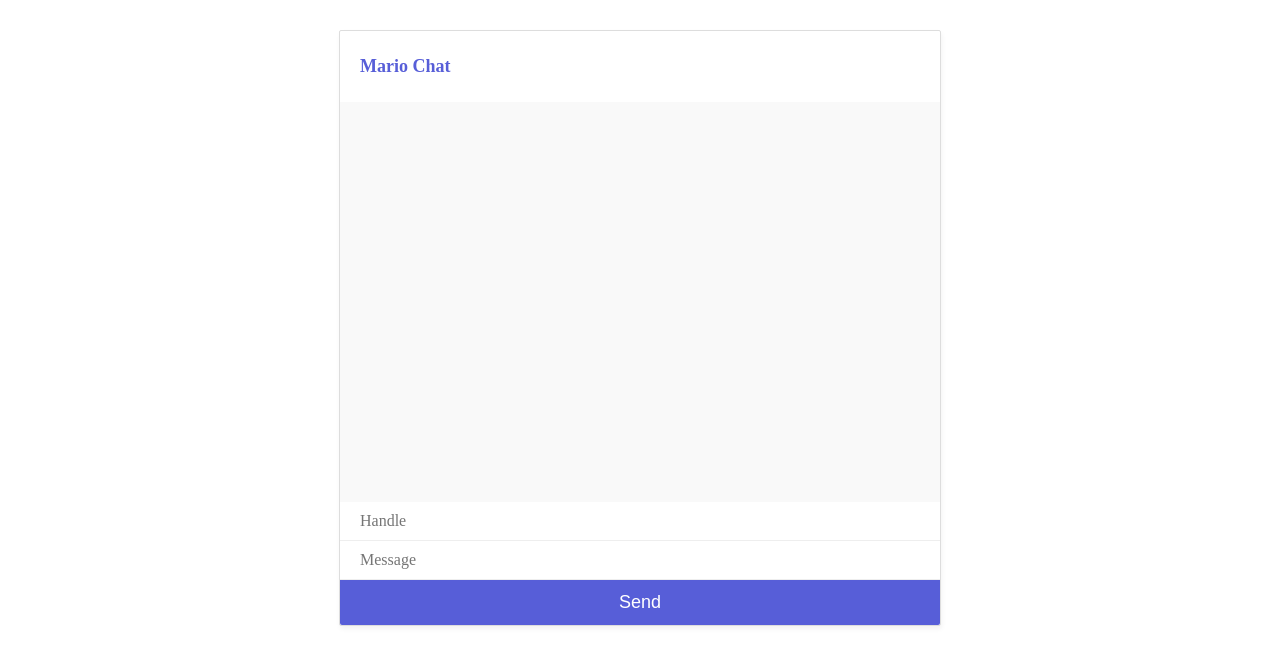
Repository: Promethees/websockets-playlist
Page: public/index.html
The author's editor kept a copy of each file at every save. The page is drawn from the files as they stood at one save, then again after the next save.
The browser window is 1280 px wide. The pictures show the whole page.
The page's requests for data from a server got no answer. Some web libraries are served in a nearby version.

Above is the page before, as saved 2020-09-03 08:40:50.

After the next save:
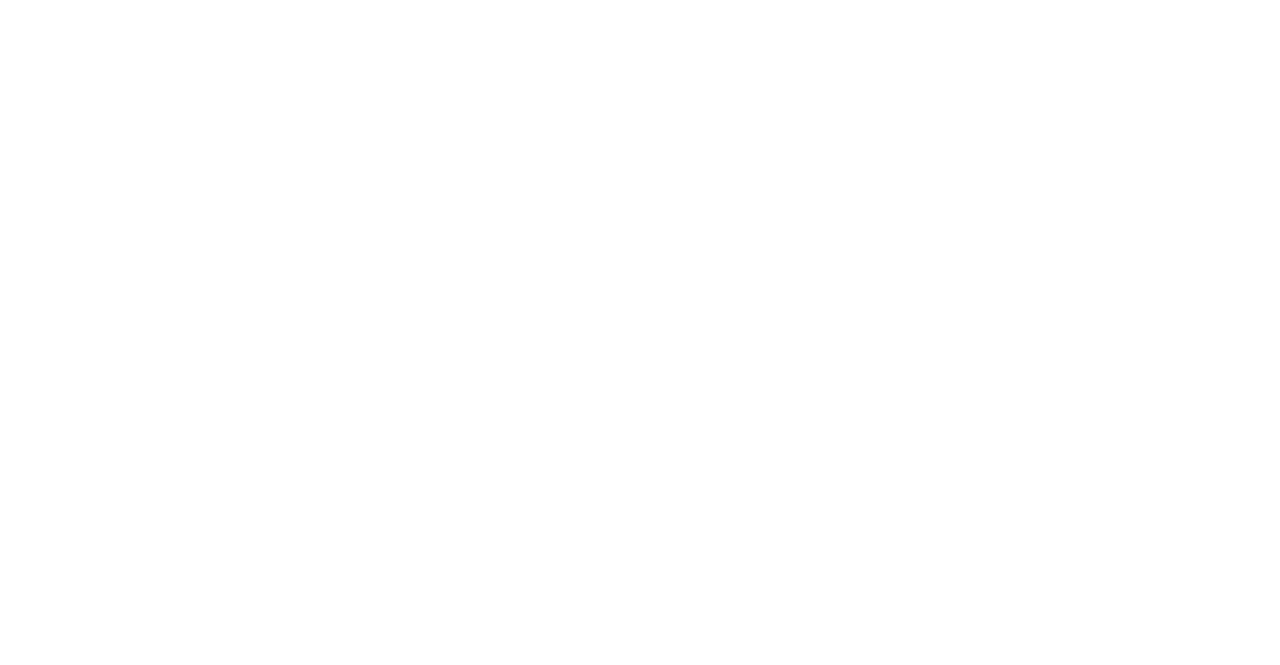
Saved 106 s later.
--- a/public/index.html
+++ b/public/index.html
@@ -21,7 +21,8 @@
         </div>
         <script>
             //$('h2').hide();
-            $('div').css('color','teal');
+            //$('div').css('color','teal');
+            $('div').hide();
             $('#message').css('color','blue');
         </script>
     </body>

After the save that followed:
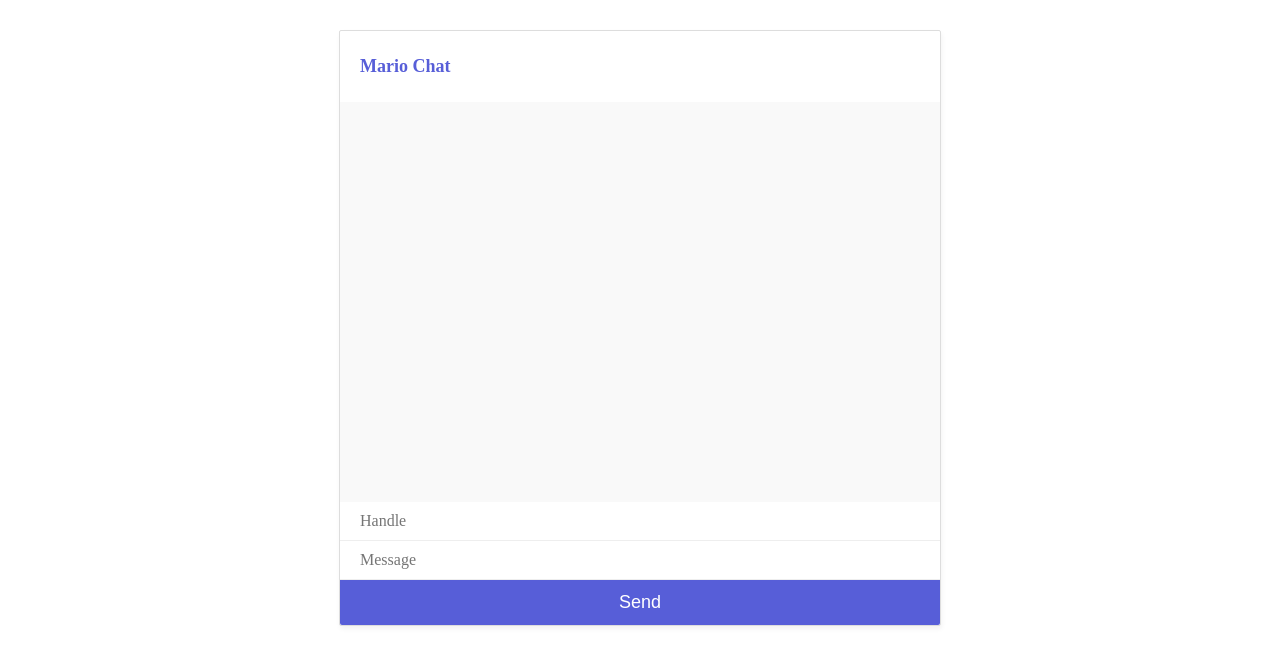
Saved 29 s later.
--- a/public/index.html
+++ b/public/index.html
@@ -21,8 +21,8 @@
         </div>
         <script>
             //$('h2').hide();
-            //$('div').css('color','teal');
-            $('div').hide();
+            $('#chat-window').css('color','teal');
+            //$('div').hide();
             $('#message').css('color','blue');
         </script>
     </body>
